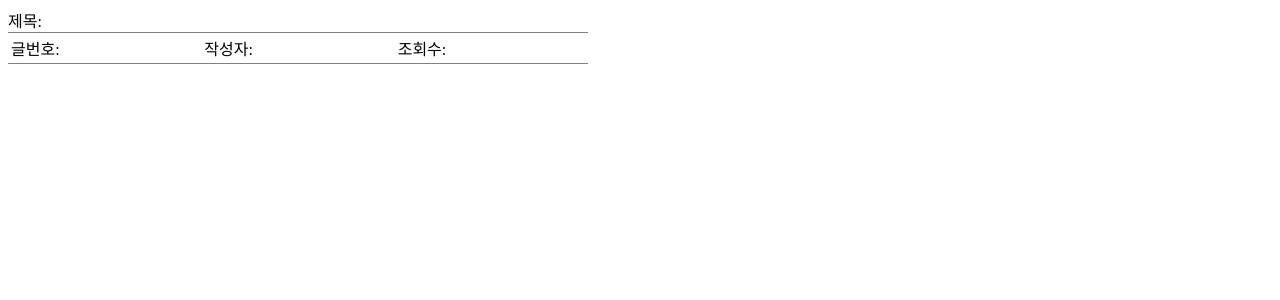
Repository: dahye1013/java-basic-learning
Page: http://localhost/memberJSP/board/boardView.jsp
The author's editor kept a copy of each file at every save. The page is drawn from the files as they stood at one save, then again after the next save.
The browser window is 1280 px wide. The pictures show the whole page.
The page is served by Tomcat 9.

Above is the page before, as saved 2020-06-11 01:46:05.

After the next save:
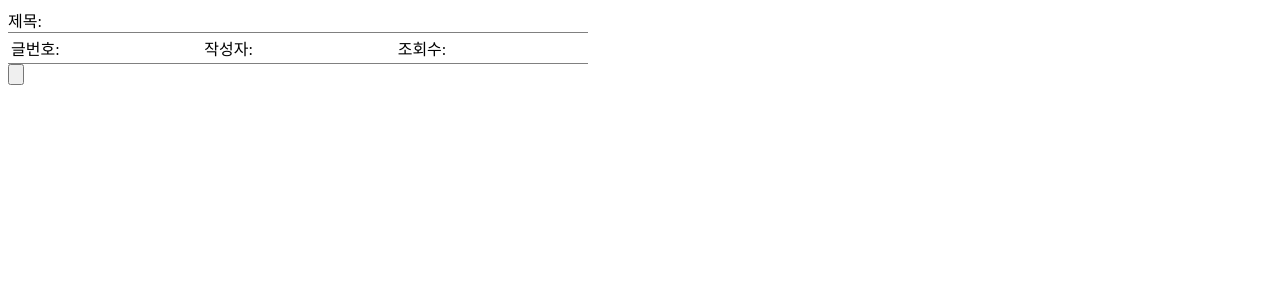
Saved 2 min 34 s later.
--- a/memberJSP/WebContent/board/boardView.jsp
+++ b/memberJSP/WebContent/board/boardView.jsp
@@ -26,6 +26,6 @@
 
 </table>
 
-
+<input type = button >
 </body>
 </html>
